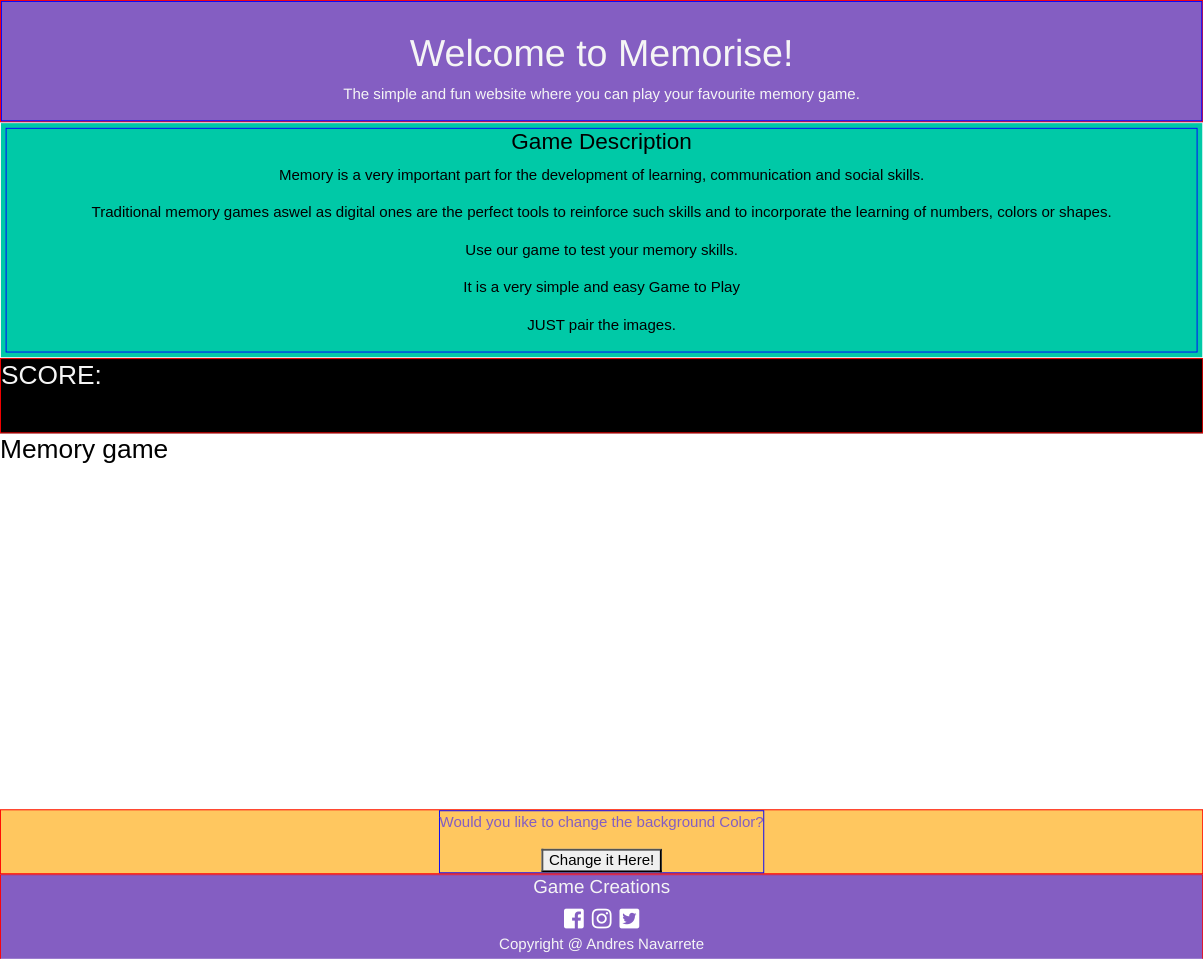
Repository: andna5980/memorise
Page: index.html
An editor plug-in stored every save of this project. The page is shown before and after the next save, followed by the edit.
The browser window is 1280 px wide. The pictures show the whole page, at 94% of full size.
Some web fonts or font styles are not loaded; a fallback is used. Some web libraries are served in a nearby version.

Above is the page before, as saved 2021-05-11 12:10:58.
Console error: SyntaxError: Unexpected end of input

### index.html
<!DOCTYPE html>
<html lang="en">

<head>
    <meta charset="UTF-8">
    <meta http-equiv="X-UA-Compatible" content="IE=edge">
    <meta name="viewport" content="width=device-width, initial-scale=1.0">
    <meta name="author" content="Andres Navarrete">
    <meta name="description" content="Web-based Memory Game">
    <title>MEMORISE | GAME</title>
    <link rel="stylesheet" href="https://cdn.jsdelivr.net/npm/bootstrap@4.5.3/dist/css/bootstrap.min.css"
        integrity="sha384-TX8t27EcRE3e/ihU7zmQxVncDAy5uIKz4rEkgIXeMed4M0jlfIDPvg6uqKI2xXr2" crossorigin="anonymous">
    <link rel="stylesheet" href="https://use.fontawesome.com/releases/v5.6.3/css/all.css"
        integrity="sha384-UHRtZLI+pbxtHCWp1t77Bi1L4ZtiqrqD80Kn4Z8NTSRyMA2Fd33n5dQ8lWUE00s/" crossorigin="anonymous">
    <link href="./assets/styles/style.css" rel="stylesheet">

</head>

<body>
    <header>
        <div class="test-red">
            <div class="welcome-test test-blue">
                <h1>Welcome to Memorise!</h1>
                <p>
                    The simple and fun website where you can play your favourite memory game.
                </p>

            </div>
        </div>
    </header>


    <div class="game-description test-red">
        <div class="test-blue">
            <h4>Game Description</h4>
            <p>
                Memory is a very important part for the development of learning, communication and social skills.
            </p>
            <p>Traditional memory games aswel as digital ones are the perfect tools to reinforce such skills and to
                incorporate the learning of numbers, colors or shapes.</p>
            Use our game to test your memory skills.
            </p>
            <p>It is a very simple and easy Game to Play</p>
            <p> JUST pair the images. </p>
        </div>
    </div>


    <!---------GAME AREA ----->
    <div id="game-box"  class="game-area test-red">
        <div class="game-area-box">
            <!---- <button id="letsplay">Lets Play!</button> -->
            <h3>SCORE:<span id="result"></span></h3>
            <!--<img src="assets/images/lego.png" alt="batman face"> -->
        </div>
    </div>

    <!---------MEMORY GAME AREA  *****TESTING *****----->
    <div class="grid">
        <h3 style="color: black;">Memory game </h3>
    </div>

    <!---------CHANGE COLOR AREA ----->

    <div class="change-color test-red">

        <div class="test-blue">
            <p>Would you like to change the background Color?</p>
            <button id="changecolor">Change it Here!</button>
        </div>
    </div>


    <!---------FOOTER AREA ----->
    <footer>
        <div class="social-networks test-red">
            <h5>Game Creations</h5>

            <a href="http://facebook.com" target="_blank"><i class="fab fa-facebook-square"></i></a>

            <a href="http://instagram.com" target="_blank"><i class="fab fa-instagram"></i></a>

            <a href="http://twitter.com" target="_blank"><i class="fab fa-twitter-square"></i></a>

            <h6>Copyright @ Andres Navarrete</h6>
        </div>
    </footer>

    <script src="./assets/js/main.js"></script>
</body>

</html>

### assets/styles/style.css
@import url('https://fonts.googleapis.com/css2?family=Amatic+SC&family=Original+Surfer&display=swap');
body {
    font-family: Arial, Helvetica, sans-serif;
    color: whitesmoke;
    max-width: 2000px;
}

header {
    font-family: Original Surfer, Amatic, Helvetica;
    color: whitesmoke;
    background-color: #845EC2;
}

/*   ROWS AND COLUMM AREAS - TESTING   */

.test-red {
    border: 1px solid red
}

.test-blue {
    border: 1px solid blue;
}

/*------------------------------------------HEADER------------------------*/

.welcome-test {
    text-align: center;
    margin-top: 25px 0;
    padding-top: 30px;
}

/*----------------------------------CHANGE BACKGROUND COLOR AREA -----------------------*/

.change-color {
    background-color: #FFC75F;
    display: flex;
    justify-content: center;
    align-items: center;
}

.change-color p {
    color: #845EC2;
}

#changecolor {
    margin: auto;
    /*margin-left: 35%;*/
    height: 25px;
    display: flex;
    justify-content: center;
    align-items: center;
}

/*----------------------------------GAME DESCRIPTION -----------------------*/

.game-description {
    margin: 1px;
    padding: 5px;
    border: 20px;
    background-color: #00C9A7;
    color: black;
    text-align: center;
}

/*--------------------------------GAME AREA--------------------------------*/

#game-box {
    background-color: black;
    height: 80px;
}

.game-area-box {
    height: 100px;

}

/*---------GAME AREA *******TESTING ******-----*/

.grid {
    display: flex;
    flex-wrap: wrap;
    height: 400px;
    width: 400px;

}



/*--------------------------------FOOTER--------------------------------*/

footer {
    font-family: Original Surfer, Amatic, Helvetica;
    color: whitesmoke;
    background-color: #845EC2;
    height: 90px;
    width: 100%;
    overflow: hidden;
}

.social-networks {
    text-align: center;
}

.social-networks a {
    color: white;
    margin: 1px;
    padding: 1px;
    display: inline-block;
    transition: all 0.35s ease-in-out;
    -moz-transition: all 0.35s ease-in-out;
    -webkit-transition: all 0.35s ease-in-out;
    -o-transition: all 0.35s ease-in-out;
}

.social-networks a i:hover {
    color: #F9F871;
}

.social-networks i {
    font-size: 150%;
}

### assets/js/main.js
//Colors array
//let colors = ['black','blue','yellow', 'white','brown'];

//get button
//let button = document.getElementById('changecolor');

//add Event for changing colors
//button.addEventListener('click', function(){

    //add random color
    //var randomColor = colors[Math.floor(Math.random() * colors.length)]
    //let container = document.getElementById('game-box')

  //  container.style.background = randomColor;
//})

//Card Options

document.addEventListener('DOMContentLoaded', () => {

  const cardArray = [
        {
            name: 'woman',
            img: 'images/wonderwoman.png'
        },
        {
            name: 'woman',
            img: 'images/wonderwoman.png'
        },
        {
            name: 'batman',
            img: 'images/batman.png'
        },
        {
            name: 'batman',
            img: 'images/batman.png'
        },
        {
            name: 'boxer',
            img: 'images/boxer.png'
        },
        {
            name: 'boxer',
            img: 'images/boxer.png'
        },
        {
            name: 'gadget',
            img: 'images/gadget.png'
        },
        {
            name: 'gadget',
            img: 'images/gadget.png'
        },
        {
            name: 'greenman',
            img: 'images/greenman.png'
        },
        {
            name: 'greenman',
            img: 'images/greenman.png'
        },
        {
            name: 'ninja',
            img: 'images/ninja.png'
        },
        {
            name: 'ninja',
            img: 'images/ninja.png'
        },

    ]


const grid = document.querySelector('.grid')

// Game Board
function createBoard() {
    for (let i = 0; i < cardArray.length; i++) {
        var card = document.createElement('img')
        card.setAttribute('src', 'images/lego.png')
        card.setAttribute('data-id', i)
        //card.addEventListener('click', flipcard)
        grid.appendChild(card)
    }
}



createBoard()

After the next save:
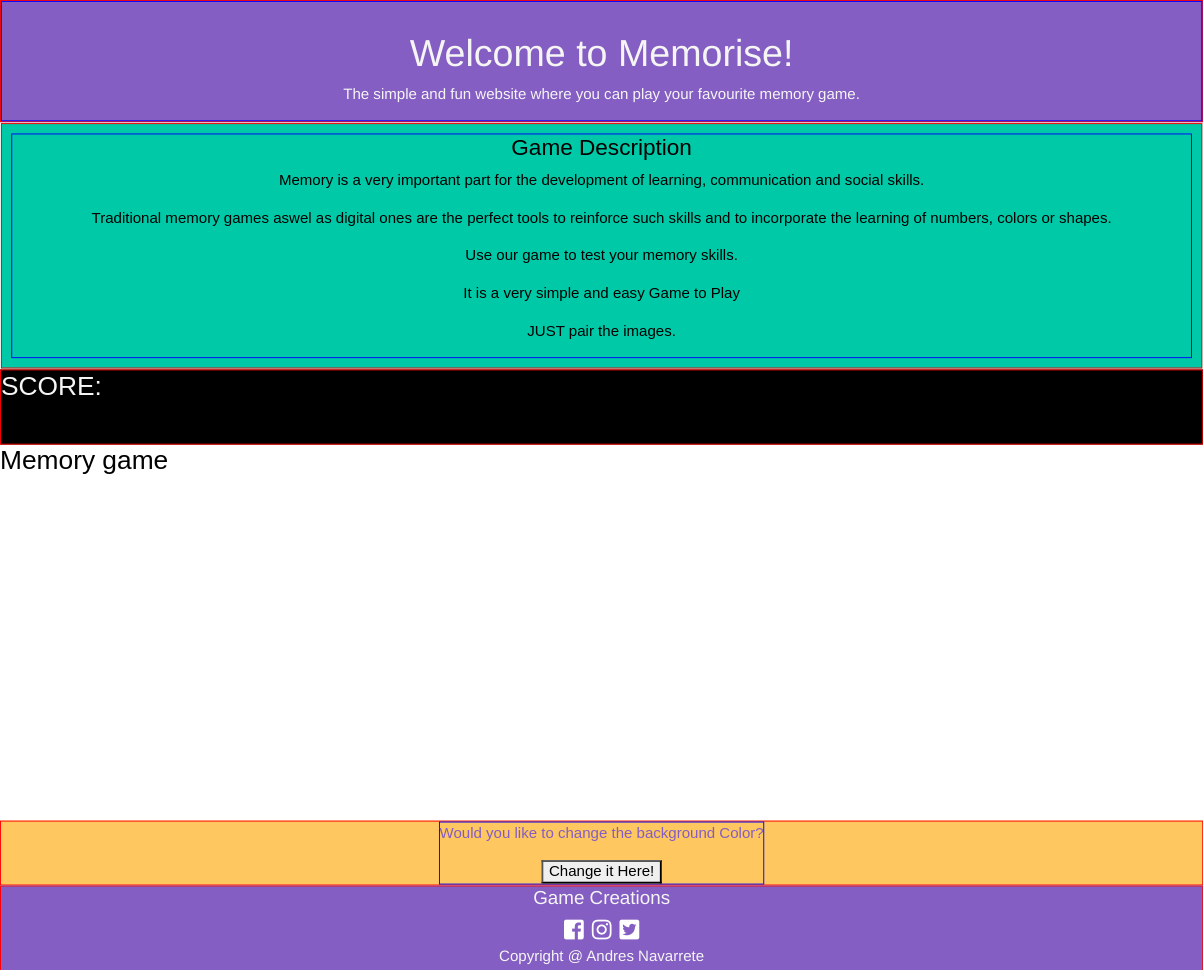
Saved 21 s later.
--- a/assets/styles/style.css
+++ b/assets/styles/style.css
@@ -55,8 +55,7 @@ header {
 
 .game-description {
     margin: 1px;
-    padding: 5px;
-    border: 20px;
+    padding: 10px;
     background-color: #00C9A7;
     color: black;
     text-align: center;
